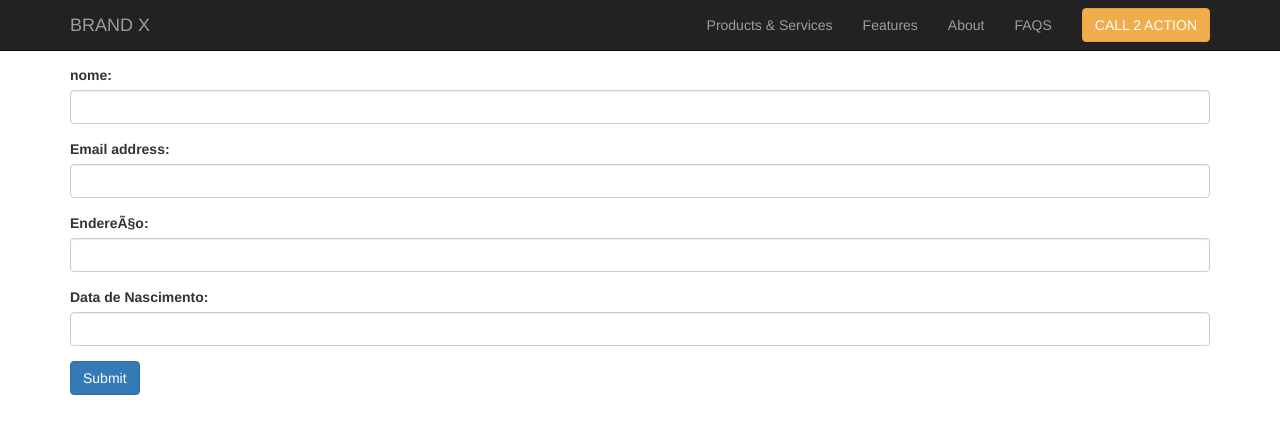
Repository: ttiede/F21
Page: http://localhost/fj-21-agenda/form.jsp
An editor plug-in stored every save of this project. The page is shown before and after the next save, followed by the edit.
The browser window is 1280 px wide. The pictures show the whole page.
Some web libraries are served in a nearby version. The page is served by Tomcat 9. Nobody is signed in. The application's start-up code is not run. Other server files are loaded and not shown.

Above is the page before, as saved 2017-11-18 18:40:16.

### fj-21-agenda/WebContent/form.jsp
<html lang="en">
<head>
<meta charset="utf-8">
<meta http-equiv="X-UA-Compatible" content="IE=edge">
<meta name="viewport" content="width=device-width, initial-scale=1">
<title>Horizontal Nav & Subnav for Bootstrap</title>
<link
	href="https://cdnjs.cloudflare.com/ajax/libs/twitter-bootstrap/3.3.7/css/bootstrap.min.css"
	rel="stylesheet">
<link
	href="https://getbootstrap.com/assets/css/ie10-viewport-bug-workaround.css"
	rel="stylesheet">
<!-- HTML5 shim and Respond.js for IE8 support of HTML5 elements and media queries -->
<!--[if lt IE 9]>
      <script src="https://oss.maxcdn.com/html5shiv/3.7.3/html5shiv.min.js"></script>
      <script src="https://oss.maxcdn.com/respond/1.4.2/respond.min.js"></script>
    <![endif]-->
</head>
<body>
	<nav class="navbar navbar-inverse navbar-fixed-top">
		<div class="container">
			<div class="navbar-header">
				<button type="button" class="navbar-toggle collapsed"
					data-toggle="collapse" data-target="#navbar" aria-expanded="false"
					aria-controls="navbar">
					<span class="sr-only">Toggle navigation</span> <span
						class="icon-bar"></span> <span class="icon-bar"></span> <span
						class="icon-bar"></span>
				</button>
				<a class="navbar-brand" href="#">BRAND X</a>
			</div>
			<div class="navbar-collapse collapse navbar-right main-nav"
				id="navbar">
				<ul class="nav navbar-nav ">
					<li id="sub-1"><a href="#products">Products &amp; Services</a></li>
					<li id="sub-2"><a href="#features">Features</a></li>
					<li id="sub-3"><a href="#about">About</a></li>
					<li id="sub-4"><a href="#faqs">FAQS</a></li>
				</ul>
				<form class="navbar-form navbar-right">
					<button type="submit" class="btn btn-warning">CALL 2
						ACTION</button>
				</form>
				<div class="bottom-arrow"></div>
			</div>
			<!--/.navbar-collapse -->
		</div>
	</nav>

	<!-- Sub navbar -->
	<nav class="subnavbar navbar navbar-fixed-top">
		<div class="container">
			<div class="navbar-collapse collapse navbar-right" id="subnavbar">

				<ul class="nav navbar-nav sub-1" style="display: none;">
					<li class="active"><a href="#sprockets">Sprockets</a></li>
					<li><a href="#housewares">Housewares</a></li>
					<li><a href="#widgets">Widgets &amp; Whatnots</a></li>
					<li><a href="#tools">Tools</a></li>
					<li><a href="#utilities">Utilities</a></li>
				</ul>

				<ul class="nav navbar-nav sub-2" style="display: none;">
					<li class="active"><a href="#marketing">Marketing</a></li>
					<li><a href="#sales">Sales</a></li>
					<li><a href="#service">Customer Service</a></li>
					<li><a href="#security">Security</a></li>
					<li><a href="#legal">Rights &amp; Privacy</a></li>
				</ul>

				<ul class="nav navbar-nav sub-3" style="display: none;">
					<li class="active"><a href="#w1">Who</a></li>
					<li><a href="#w2">What</a></li>
					<li><a href="#w3">When</a></li>
					<li><a href="#w4">Where</a></li>
					<li><a href="#w5">Why</a></li>
				</ul>

				<ul class="nav navbar-nav sub-4" style="display: none;">
					<li class="active"><a href="#g1">General</a></li>
					<li><a href="#g2">Social Networking</a></li>
					<li><a href="#g3">Servicing</a></li>
					<li><a href="#g4">Plans</a></li>
				</ul>
			</div>
			<!--/.navbar-collapse -->
		</div>
	</nav>
	<div class="container" style="margin-top: 65px;">
		<div class="row">
			<div class="col-sm-12">
				<form action="adicionaContato" method="post">
					<div class="form-group">
						<label for="nome">nome:</label> <input type="text"
							class="form-control" id="nome" name="nome">
					</div>

					<div class="form-group">
						<label for="email">Email address:</label> <input type="email"
							class="form-control" id="email" name="email">
					</div>

					<div class="form-group">
						<label for="endereco">Endereço:</label> <input type="text"
							class="form-control" id="endereco" name="endereco">
					</div>

					<div class="form-group">
						<label for="data-de-nascimento">Data de Nascimento:</label> <input type="text"
							class="form-control" id="dataDeNascimento" name="dataDeNascimento">
					</div>
					<button type="submit" class="btn btn-primary">Submit</button>
				</form>
			</div>
		</div>
	</div>
	<script
		src="https://cdnjs.cloudflare.com/ajax/libs/jquery/3.1.0/jquery.min.js"></script>
	<script src="http://cdnjs.cloudflare.com/ajax/libs/bootstrap-datepicker/1.3.0/js/bootstrap-datepicker.min.js" type="text/javascript"></script>
    <script src="http://netdna.bootstrapcdn.com/bootstrap/3.1.1/js/bootstrap.min.js" type="text/javascript"></script>
    <script src="http://cdnjs.cloudflare.com/ajax/libs/moment.js/2.5.1/moment.min.js" type="text/javascript"></script>
    <script src="http://cdnjs.cloudflare.com/ajax/libs/bootstrap-datetimepicker/3.0.0/js/bootstrap-datetimepicker.min.js" type="text/javascript"></script>
    <script src="http://cdnjs.cloudflare.com/ajax/libs/moment.js/2.4.0/lang/en-gb.js" type="text/javascript"></script>

	<script
		src="https://cdnjs.cloudflare.com/ajax/libs/twitter-bootstrap/3.3.7/js/bootstrap.min.js"
		type="text/javascript"></script>
</body>
</html>

After the next save:
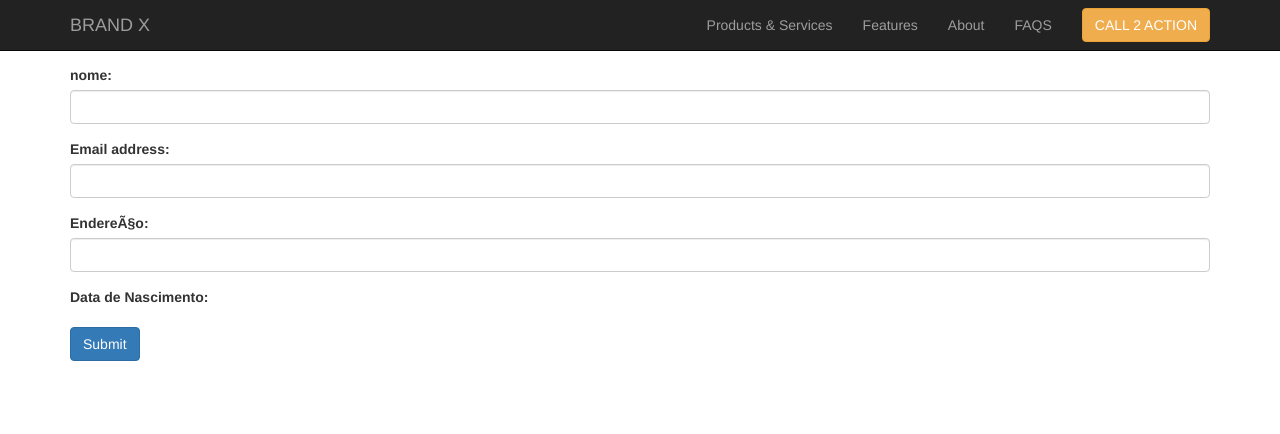
Saved 44 s later.
--- a/fj-21-agenda/WebContent/form.jsp
+++ b/fj-21-agenda/WebContent/form.jsp
@@ -106,8 +106,9 @@
 					</div>
 
 					<div class="form-group">
-						<label for="data-de-nascimento">Data de Nascimento:</label> <input type="text"
-							class="form-control" id="dataDeNascimento" name="dataDeNascimento">
+						<label for="data-de-nascimento">Data de Nascimento:</label>
+						<!-- input type="text" class="form-control" id="dataDeNascimento" name="dataDeNascimento"> -->
+
 					</div>
 					<button type="submit" class="btn btn-primary">Submit</button>
 				</form>
